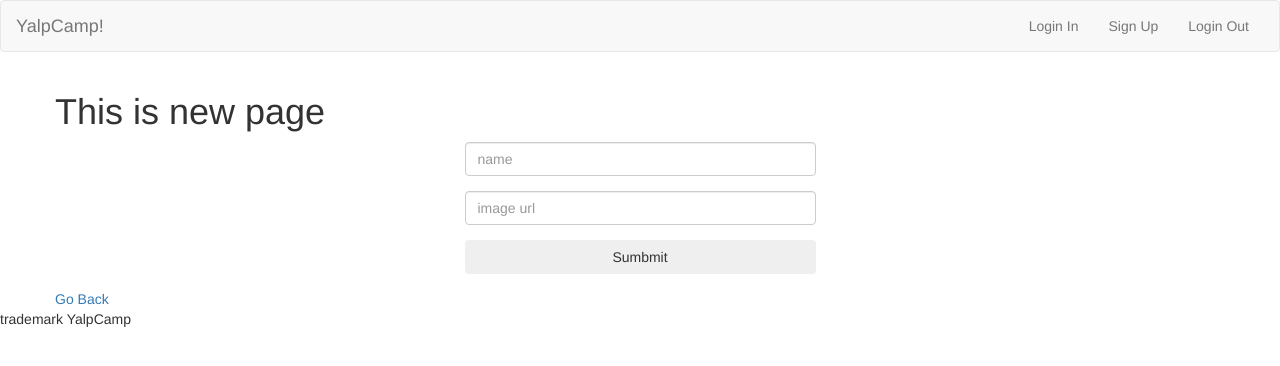
Repository: yli166/the-web-developer-bootcamp
Page: http://localhost/campgrounds/new
The author's editor kept a record of every edit. The page is drawn from the files as they stood at one moment, then again after the next edit.
The browser window is 1280 px wide. The pictures show the whole page.
The page is served by the project's Node server (yalpcamp/v1/app.js).

Above is the page before.

After the next edit:
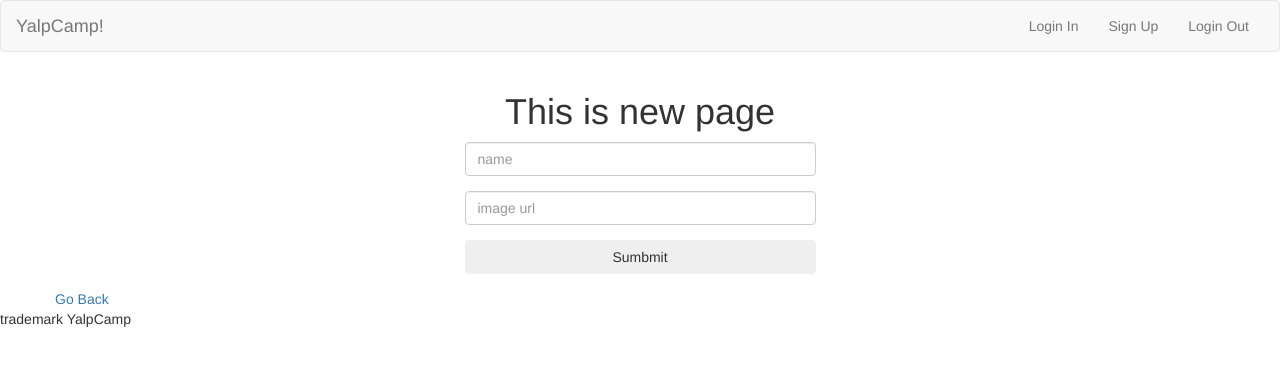
The edit:
--- a/nodejs/workspace/yalpcamp/v1/views/new.ejs
+++ b/nodejs/workspace/yalpcamp/v1/views/new.ejs
@@ -1,7 +1,7 @@
 <% include partials/header %>
 <div class='container'>
     <div class='row'>
-        <h1> This is new page</h1>
+        <h1 style='text-align:center'> This is new page</h1>
         <div style="width:30%; margin:0 auto;">
         <form action= '/campgrounds' method= 'POST'>
             <div class='form-group'>
